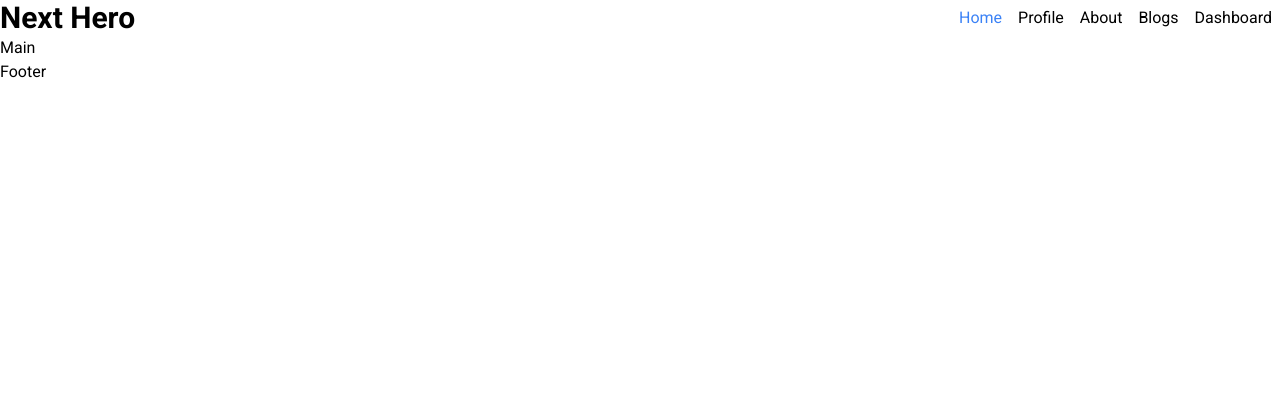
Repository: Wahid137/try-next-js
Page: /
The author's editor kept a copy of each file at every save. The page is drawn from the files as they stood at one save, then again after the next save.
The browser window is 1280 px wide. The pictures show the whole page.
The project was rebuilt for these pictures with package versions that can differ from the ones it lists, and the page was loaded fresh each time. The framework's server and built-in components were replaced by stand-ins that run in the browser. Requests to the local data server were answered from the project's data file. Also part of the build but not shown: next.config.js.

Above is the page before, as saved 2023-10-20 17:13:29.

After the next save:
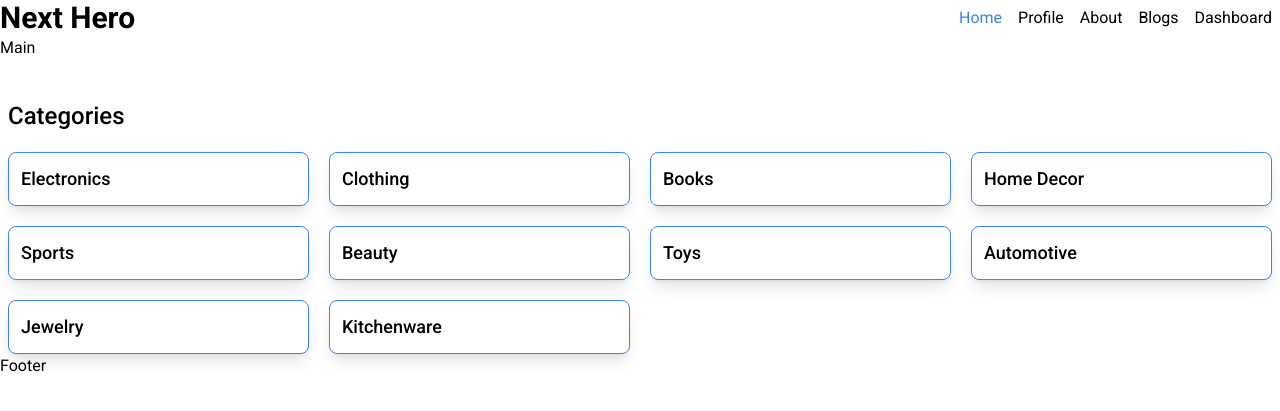
Saved 4 min 23 s later.
--- a/src/app/(with-layout)/page.js
+++ b/src/app/(with-layout)/page.js
@@ -1,10 +1,12 @@
 import image1 from "@/assets/atharva-whaval-00FtI1OxMUI-unsplash.jpg";
+import Categories from "@/components/HomePage/Categories";
 import Image from "next/image";
 
 const HomePage = () => {
   return (
     <main>
       <h1>Main</h1>
+      <Categories />
       {/* <Image src={image1} placeholder="blur" width={400} height={266.8} alt="" /> */}
       {/* <Image placeholder="blur" blurDataURL="data:[embedded picture, 2239 characters]" src="/hybridcycle.jpg" width={400} height={266.8} alt="" /> */}
     </main>
